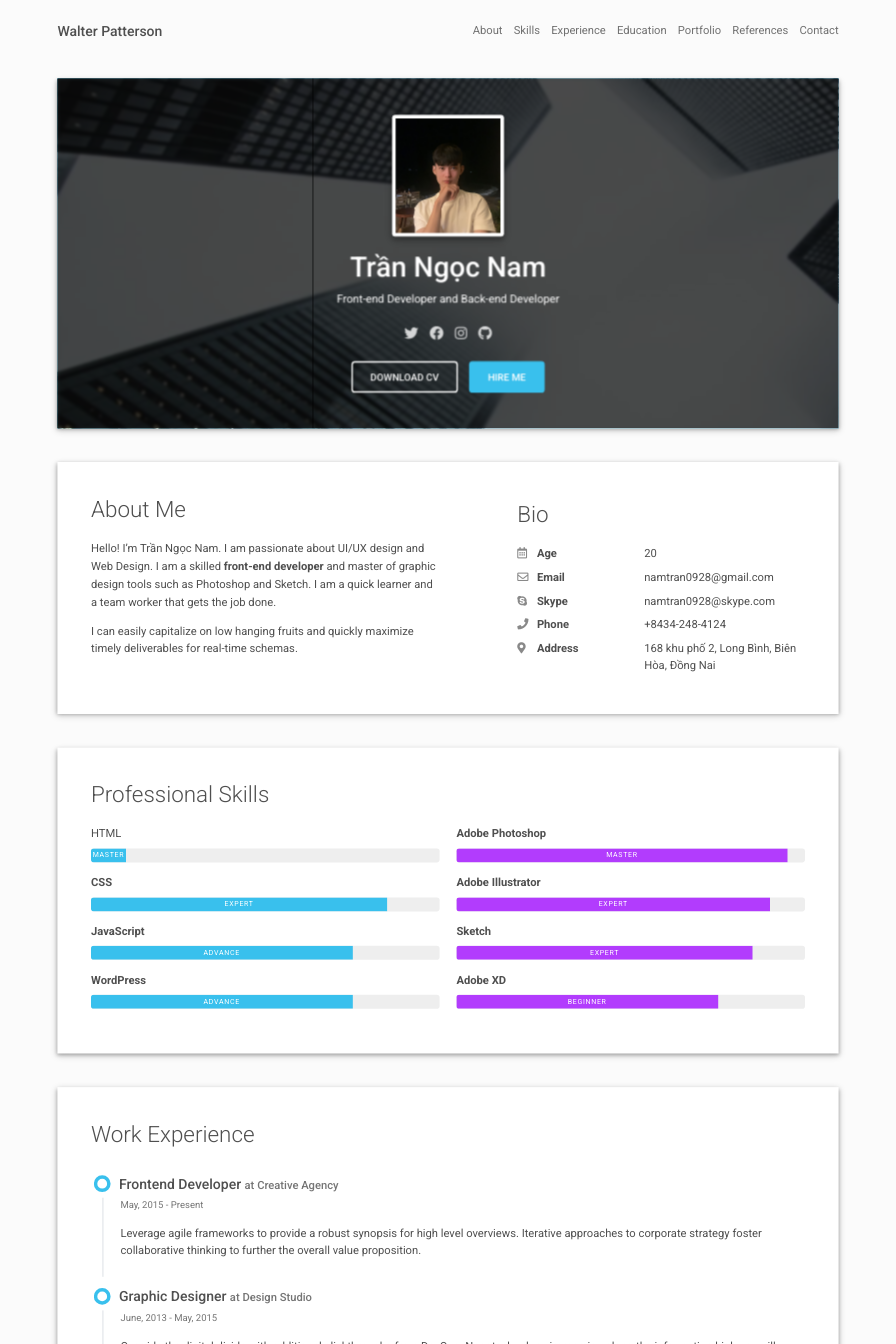
Repository: Namtran3107/CV
Page: index.html
These files come from the project's save history. The page is drawn as it stood at one moment and after the next save; the edit follows.
The browser window is 1280 px wide. The pictures show the part of the page from y = 0 to 1920 px (the page is 5347 px tall), at 70% of full size.

Above is the page before, as saved 2023-03-05 20:43:21.

After the next save:
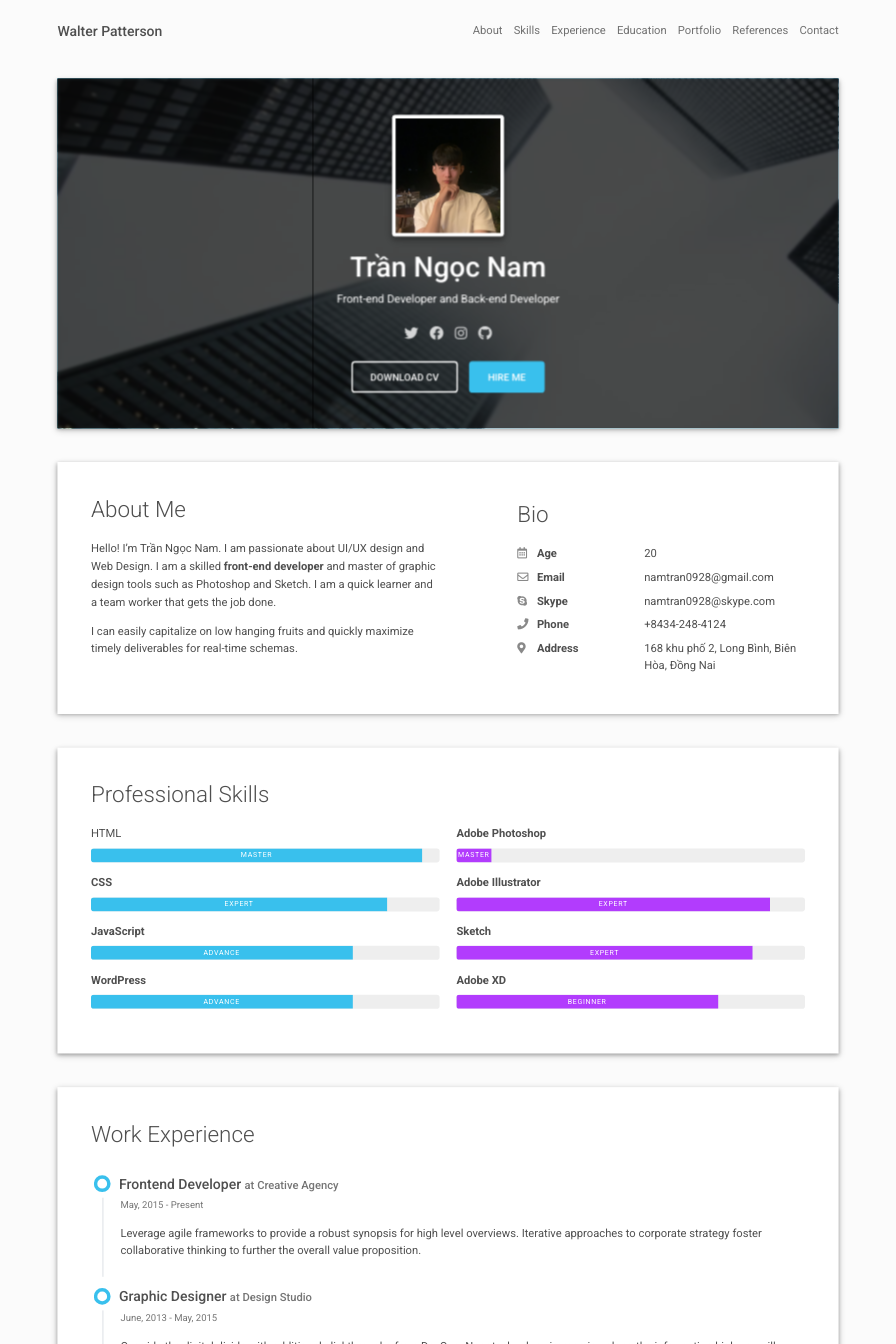
Saved 72 s later.
--- a/index.html
+++ b/index.html
@@ -140,7 +140,7 @@
         <div class="col-md-6">
           <div class="mb-3"><span class="Node-js">HTML</span>
             <div class="progress my-2 rounded" style="height: 20px">
-              <div class="progress-bar bg-info" role="progressbar" data-aos="zoom-in-right" data-aos-delay="100" data-aos-anchor=".skills-section" style="width: 10%;" aria-valuenow="95" aria-valuemin="0" aria-valuemax="100">Master</div>
+              <div class="progress-bar bg-info" role="progressbar" data-aos="zoom-in-right" data-aos-delay="100" data-aos-anchor=".skills-section" style="width: 95%;" aria-valuenow="95" aria-valuemin="0" aria-valuemax="100">Master</div>
             </div>
           </div>
           <div class="mb-3"><span class="fw-bolder">CSS</span>
@@ -162,7 +162,7 @@
         <div class="col-md-6">
           <div class="mb-3"><span class="fw-bolder">Adobe Photoshop</span>
             <div class="progress my-2 rounded" style="height: 20px">
-              <div class="progress-bar bg-secondary" role="progressbar" data-aos="zoom-in-right" data-aos-delay="400" data-aos-anchor=".skills-section" style="width: 95%" aria-valuenow="95" aria-valuemin="0" aria-valuemax="100">Master</div>
+              <div class="progress-bar bg-secondary" role="progressbar" data-aos="zoom-in-right" data-aos-delay="400" data-aos-anchor=".skills-section" style="width: 10%" aria-valuenow="95" aria-valuemin="0" aria-valuemax="100">Master</div>
             </div>
           </div>
           <div class="mb-3"><span class="fw-bolder">Adobe Illustrator</span>
